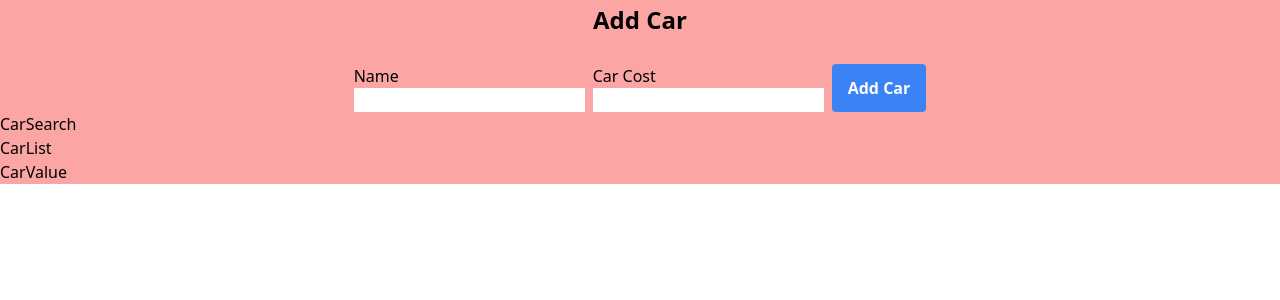
Repository: Marhamat92/carsappreduxtoolkit
Page: /
An editor plug-in stored every save of this project. The page is shown before and after the next save, followed by the edit.
The browser window is 1280 px wide. The pictures show the whole page.
The project was rebuilt for these pictures with package versions that can differ from the ones it lists, and the page was loaded fresh each time.

Above is the page before, as saved 2023-01-23 21:06:32.

### src/index.js
import React from 'react';
import ReactDOM from 'react-dom/client';
import './index.css';
import App from './App';
import { Provider } from 'react-redux';
import { store } from './store'


const root = ReactDOM.createRoot(document.getElementById('root'));
root.render(
  <Provider store={store}>
    <App />
  </Provider>
);

### src/App.js
import CarForm from "./components/CarForm";
import CarList from "./components/CarList";
import CarSearch from "./components/CarSearch";
import CarValue from "./components/CarValue";


function App() {
  return (
    <div className="container mx-auto  bg-red-300">
      <CarForm />
      <CarSearch />
      <CarList />
      <CarValue />
    </div>
  );
}

export default App;

### src/store/index.js
import { configureStore } from "@reduxjs/toolkit";
import {
  carsReducer,
  addCar,
  removeCar,
  changeSearchTerm,
} from "./slices/carsSlice";
import { formReducer, changeName, changeCost } from "./slices/formSlice";

const store = configureStore({
  reducer: {
    cars: carsReducer,
    form: formReducer,
  },
})

export { store, addCar, removeCar, changeSearchTerm, changeName, changeCost };

### src/components/CarForm.js
import React from 'react'

function CarForm() {
  return (
    <div className='flex flex-col items-center justify-center'>
      <h1 className='font-bold text-2xl py-1' >Add Car</h1>
      <div className='mt-6'>
        <form className='flex flex-row space-x-2'>
          <div className='flex flex-col'>
            <label htmlFor='make'>Name</label>
            <input type='text' name='carName' id='carName' />
          </div>
          <div className='flex flex-col'>
            <label htmlFor='price'>Car Cost</label>
            <input type='text' name='price' id='price' />
          </div>
          <button className='bg-blue-500 hover:bg-blue-700 text-white font-bold  px-4 rounded h-auto' type='submit'>Add Car</button>
        </form>
      </div>
    </div>
  )
}

export default CarForm

### src/components/CarList.js
import React from 'react'

function CarList() {
  return (
    <div>CarList</div>
  )
}

export default CarList

### src/components/CarSearch.js
import React from 'react'

function CarSearch() {
  return (
    <div>CarSearch</div>
  )
}

export default CarSearch

### src/components/CarValue.js
import React from 'react'

function CarValue() {
  return (
    <div>CarValue</div>
  )
}

export default CarValue

### src/store/slices/carsSlice.js
import { createSlice, nanoid } from '@reduxjs/toolkit';

const carsSlice = createSlice({
  name: 'cars',
  initialState: {
    cars: [],
    searchTerm: ''
  },
  reducers: {
    changeSearchTerm(state, action) {
      state.searchTerm = action.payload;
    },
    addCar(state, action) {
      //Assumption:
      //action.payload is an object with the following properties:
      //name, cost, id
      state.cars.push({
        name: action.payload.name,
        cost: action.payload.cost,
        id: nanoid()
      })
    },
    removeCar(state, action) {
      //Assumption:
      //action.payload is the id of the car to remove
      const updatedCars = state.cars.filter((car) => {
        return car.id !== action.payload;
      })
      state.cars = updatedCars;
    }

  }
})

export const { changeSearchTerm, addCar, removeCar } = carsSlice.actions;
export const carsReducer = carsSlice.reducer;

### src/store/slices/formSlice.js
import { createSlice } from '@reduxjs/toolkit';

const formSlice = createSlice({
  name: 'form',
  initialState: {
    name: '',
    cost: 0
  },
  reducers: {
    changeName(state, action) {
      state.name = action.payload;
    },
    changeCost(state, action) {
      state.cost = action.payload;
    }
  }
})

export const { changeName, changeCost } = formSlice.actions;
export const formReducer = formSlice.reducer;

Loaded but not shown: public/index.html (common file); src/index.css (common file); tailwind.config.js (common file)

After the next save:
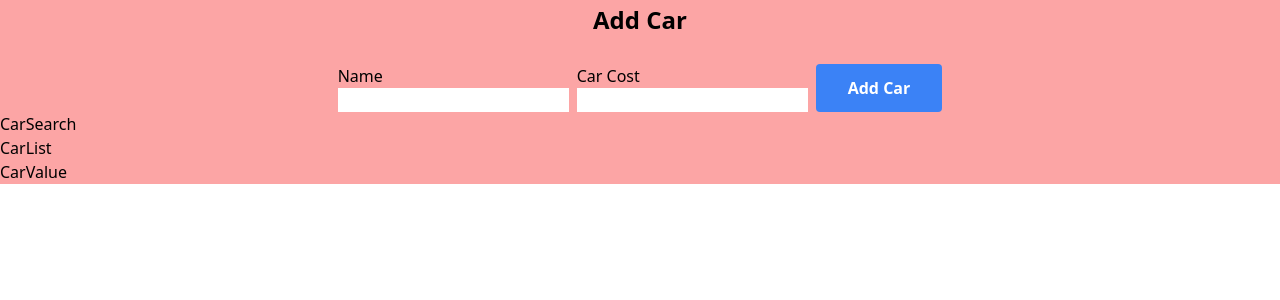
Saved 12 s later.
--- a/src/components/CarForm.js
+++ b/src/components/CarForm.js
@@ -14,7 +14,7 @@
             <label htmlFor='price'>Car Cost</label>
             <input type='text' name='price' id='price' />
           </div>
-          <button className='bg-blue-500 hover:bg-blue-700 text-white font-bold  px-4 rounded h-auto' type='submit'>Add Car</button>
+          <button className='bg-blue-500 hover:bg-blue-700 text-white font-bold  px-8 rounded ' type='submit'>Add Car</button>
         </form>
       </div>
     </div>

After the save that followed:
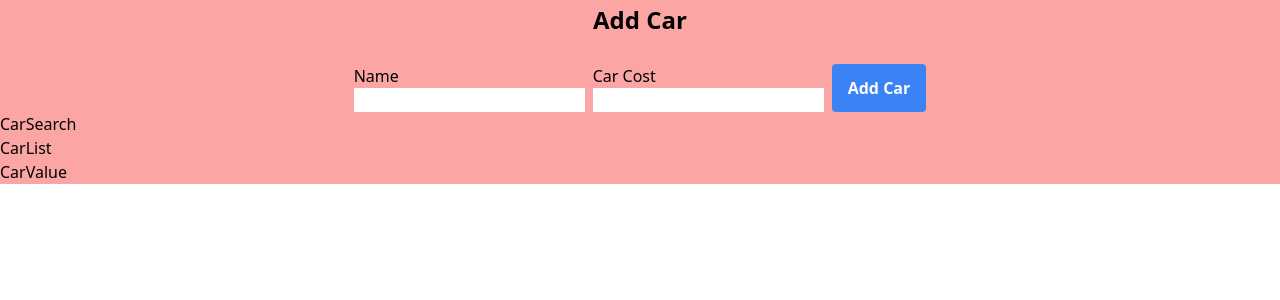
Saved 7 s later.
--- a/src/components/CarForm.js
+++ b/src/components/CarForm.js
@@ -14,7 +14,7 @@
             <label htmlFor='price'>Car Cost</label>
             <input type='text' name='price' id='price' />
           </div>
-          <button className='bg-blue-500 hover:bg-blue-700 text-white font-bold  px-8 rounded ' type='submit'>Add Car</button>
+          <button className='bg-blue-500 hover:bg-blue-700 text-white font-bold  px-4 rounded ' type='submit'>Add Car</button>
         </form>
       </div>
     </div>
